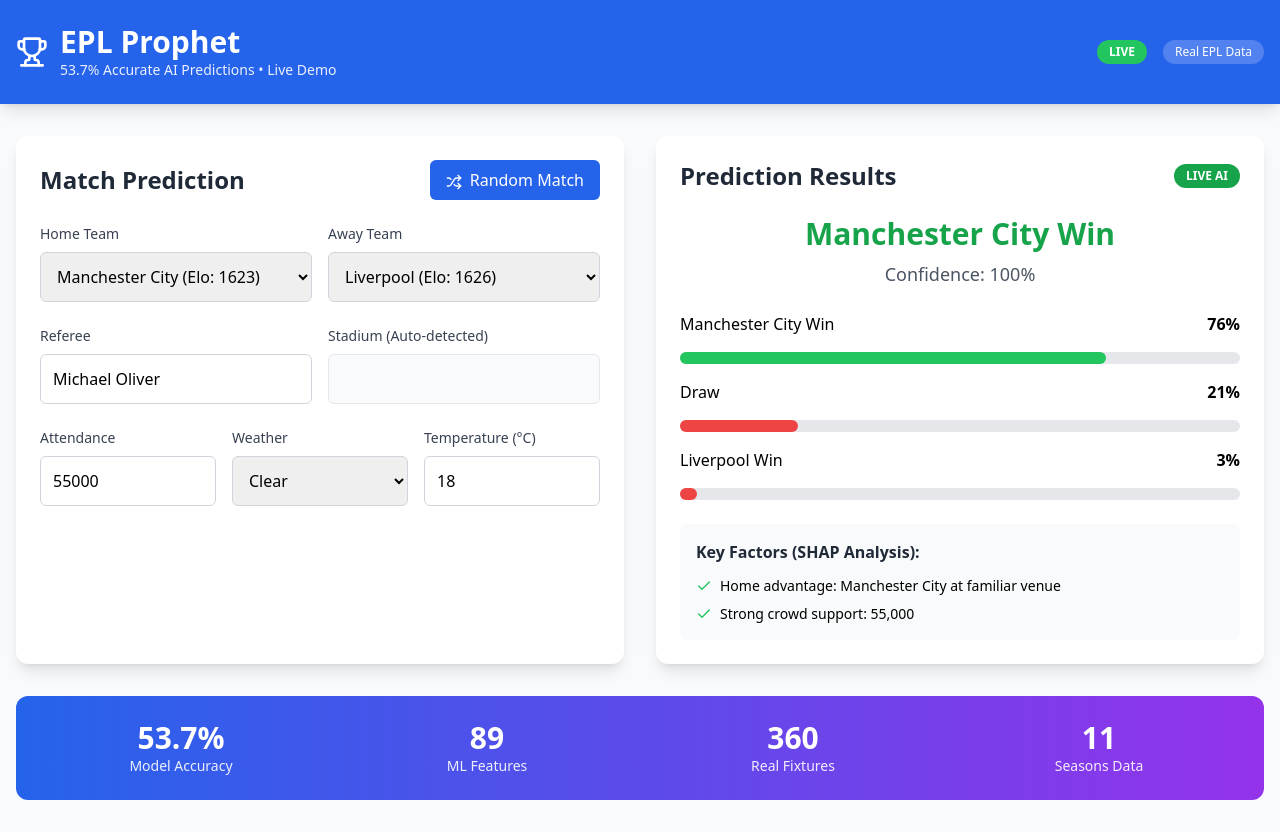
Repository: RCRRTOW3R2/EPL_PROPHET
Page: docs/showcase.html
An editor plug-in stored every save of this project. The page is shown before and after the next save, followed by the edit.
The browser window is 1280 px wide. The pictures show the whole page.
Some web libraries are served in a nearby version.

Above is the page before, as saved 2025-08-28 13:43:02.

### docs/showcase.html
<!DOCTYPE html>
<html lang="en">
<head>
    <meta charset="UTF-8">
    <meta name="viewport" content="width=device-width, initial-scale=1.0">
    <title>EPL Prophet - Live AI Predictions</title>
    <script src="https://cdn.tailwindcss.com"></script>
    <script src="https://unpkg.com/lucide@latest/dist/umd/lucide.js"></script>
    <style>
        .gradient-bg {
            background: linear-gradient(135deg, #667eea 0%, #764ba2 100%);
        }
        .field-bg {
            background: linear-gradient(135deg, #2d5a27 0%, #4a7c59 100%);
        }
    </style>
</head>
<body class="bg-gray-50">
    <!-- Header -->
    <header class="bg-blue-600 text-white shadow-lg">
        <div class="container mx-auto px-4 py-6 flex items-center justify-between">
            <div class="flex items-center">
                <i data-lucide="trophy" class="w-8 h-8 mr-3"></i>
                <div>
                    <h1 class="text-3xl font-bold">EPL Prophet</h1>
                    <p class="text-sm opacity-90">53.7% Accurate AI Predictions • Live Demo</p>
                </div>
            </div>
            <div class="flex items-center space-x-4">
                <span class="bg-green-500 text-white px-3 py-1 rounded-full text-xs font-bold">LIVE</span>
                <span class="bg-white bg-opacity-20 px-3 py-1 rounded-full text-xs">Real EPL Data</span>
            </div>
        </div>
    </header>

    <div class="container mx-auto px-4 py-8">
        <div class="grid grid-cols-1 lg:grid-cols-2 gap-8">
            <!-- Prediction Form -->
            <div class="bg-white rounded-xl shadow-lg p-6">
                <div class="flex justify-between items-center mb-6">
                    <h2 class="text-2xl font-bold text-gray-800">Match Prediction</h2>
                    <button onclick="randomMatch()" class="bg-blue-600 text-white px-4 py-2 rounded-md hover:bg-blue-700 transition-all">
                        <i data-lucide="shuffle" class="w-4 h-4 inline mr-2"></i>Random Match
                    </button>
                </div>

                <!-- Match Details -->
                <div class="space-y-6">
                    <div class="grid grid-cols-2 gap-4">
                        <div>
                            <label class="block text-sm font-medium text-gray-700 mb-2">Home Team</label>
                            <select id="homeTeam" onchange="updatePrediction()" class="w-full p-3 border border-gray-300 rounded-md focus:ring-2 focus:ring-blue-500">
                                <option value="mancity">Manchester City (Elo: 1623)</option>
                                <option value="liverpool">Liverpool (Elo: 1626)</option>
                                <option value="arsenal">Arsenal (Elo: 1621)</option>
                                <option value="chelsea">Chelsea (Elo: 1577)</option>
                                <option value="astonvilla">Aston Villa (Elo: 1571)</option>
                                <option value="newcastle">Newcastle (Elo: 1564)</option>
                                <option value="crystalpalace">Crystal Palace (Elo: 1556)</option>
                                <option value="brighton">Brighton (Elo: 1551)</option>
                                <option value="nottforest">Nottingham Forest (Elo: 1544)</option>
                                <option value="brentford">Brentford (Elo: 1524)</option>
                                <option value="everton">Everton (Elo: 1523)</option>
                                <option value="fulham">Fulham (Elo: 1520)</option>
                                <option value="bournemouth">Bournemouth (Elo: 1518)</option>
                                <option value="westham">West Ham (Elo: 1490)</option>
                                <option value="wolves">Wolves (Elo: 1478)</option>
                                <option value="tottenham">Tottenham (Elo: 1470)</option>
                                <option value="manutd">Manchester United (Elo: 1465)</option>
                                <option value="ipswich">Ipswich (Elo: 1450)</option>
                                <option value="leicester">Leicester (Elo: 1445)</option>
                                <option value="southampton">Southampton (Elo: 1440)</option>
                            </select>
                        </div>
                        <div>
                            <label class="block text-sm font-medium text-gray-700 mb-2">Away Team</label>
                            <select id="awayTeam" onchange="updatePrediction()" class="w-full p-3 border border-gray-300 rounded-md focus:ring-2 focus:ring-blue-500">
                                <option value="liverpool">Liverpool (Elo: 1626)</option>
                                <option value="mancity">Manchester City (Elo: 1623)</option>
                                <option value="arsenal">Arsenal (Elo: 1621)</option>
                                <option value="chelsea">Chelsea (Elo: 1577)</option>
                                <option value="astonvilla">Aston Villa (Elo: 1571)</option>
                                <option value="newcastle">Newcastle (Elo: 1564)</option>
                                <option value="crystalpalace">Crystal Palace (Elo: 1556)</option>
                                <option value="brighton">Brighton (Elo: 1551)</option>
                                <option value="nottforest">Nottingham Forest (Elo: 1544)</option>
                                <option value="brentford">Brentford (Elo: 1524)</option>
                                <option value="everton">Everton (Elo: 1523)</option>
                                <option value="fulham">Fulham (Elo: 1520)</option>
                                <option value="bournemouth">Bournemouth (Elo: 1518)</option>
                                <option value="westham">West Ham (Elo: 1490)</option>
                                <option value="wolves">Wolves (Elo: 1478)</option>
                                <option value="tottenham">Tottenham (Elo: 1470)</option>
                                <option value="manutd">Manchester United (Elo: 1465)</option>
                                <option value="ipswich">Ipswich (Elo: 1450)</option>
                                <option value="leicester">Leicester (Elo: 1445)</option>
                                <option value="southampton">Southampton (Elo: 1440)</option>
                            </select>
                        </div>
                    </div>

                    <!-- Match Officials & Location -->
                    <div class="grid grid-cols-2 gap-4">
                        <div>
                            <label class="block text-sm font-medium text-gray-700 mb-2">Referee</label>
                            <input type="text" id="referee" value="Michael Oliver" onchange="updatePrediction()"
                                   placeholder="Enter referee name"
                                   class="w-full p-3 border border-gray-300 rounded-md focus:ring-2 focus:ring-blue-500">
                        </div>
                        <div>
                            <label class="block text-sm font-medium text-gray-700 mb-2">Stadium (Auto-detected)</label>
                            <input type="text" id="stadium" readonly
                                   class="w-full p-3 border border-gray-200 rounded-md bg-gray-50 text-gray-600 cursor-not-allowed">
                        </div>
                    </div>

                    <div class="grid grid-cols-3 gap-4">
                        <div>
                            <label class="block text-sm font-medium text-gray-700 mb-2">Attendance</label>
                            <input type="number" id="attendance" value="55000" min="20000" max="80000" onchange="updatePrediction()" class="w-full p-3 border border-gray-300 rounded-md">
                        </div>
                        <div>
                            <label class="block text-sm font-medium text-gray-700 mb-2">Weather</label>
                            <select id="weather" onchange="updatePrediction()" class="w-full p-3 border border-gray-300 rounded-md">
                                <option value="clear">Clear</option>
                                <option value="rainy">Rainy</option>
                                <option value="cloudy">Cloudy</option>
                                <option value="windy">Windy</option>
                            </select>
                        </div>
                        <div>
                            <label class="block text-sm font-medium text-gray-700 mb-2">Temperature (°C)</label>
                            <input type="number" id="temperature" value="18" min="0" max="35" onchange="updatePrediction()" class="w-full p-3 border border-gray-300 rounded-md">
                        </div>
                    </div>
                </div>
            </div>

            <!-- Prediction Results -->
            <div class="bg-white rounded-xl shadow-lg p-6">
                <div class="flex justify-between items-center mb-6">
                    <h2 class="text-2xl font-bold text-gray-800">Prediction Results</h2>
                    <span class="bg-green-600 text-white px-3 py-1 rounded-full text-xs font-bold">LIVE AI</span>
                </div>

                <div id="predictionResults">
                    <!-- Results will be populated here -->
                </div>
            </div>
        </div>

        <!-- Model Info -->
        <div class="mt-8 bg-gradient-to-r from-blue-600 to-purple-600 text-white rounded-xl p-6">
            <div class="grid grid-cols-1 md:grid-cols-4 gap-6 text-center">
                <div>
                    <div class="text-3xl font-bold">53.7%</div>
                    <div class="text-sm opacity-90">Model Accuracy</div>
                </div>
                <div>
                    <div class="text-3xl font-bold">89</div>
                    <div class="text-sm opacity-90">ML Features</div>
                </div>
                <div>
                    <div class="text-3xl font-bold">360</div>
                    <div class="text-sm opacity-90">Real Fixtures</div>
                </div>
                <div>
                    <div class="text-3xl font-bold">11</div>
                    <div class="text-sm opacity-90">Seasons Data</div>
                </div>
            </div>
        </div>
    </div>

    <script>
        // Real EPL team data from EPL Prophet
        const teams = {
            'mancity': { name: 'Manchester City', elo: 1623, xg: 2.3, form: 'W-W-W-D-W' },
            'liverpool': { name: 'Liverpool', elo: 1626, xg: 2.1, form: 'W-W-D-W-W' },
            'arsenal': { name: 'Arsenal', elo: 1621, xg: 2.0, form: 'W-D-W-W-L' },
            'chelsea': { name: 'Chelsea', elo: 1577, xg: 1.8, form: 'W-L-W-D-W' },
            'astonvilla': { name: 'Aston Villa', elo: 1571, xg: 1.7, form: 'D-W-W-L-W' },
            'newcastle': { name: 'Newcastle', elo: 1564, xg: 1.6, form: 'L-W-D-W-D' },
            'crystalpalace': { name: 'Crystal Palace', elo: 1556, xg: 1.4, form: 'D-L-W-D-L' },
            'brighton': { name: 'Brighton', elo: 1551, xg: 1.5, form: 'W-D-L-W-D' },
            'nottforest': { name: 'Nottingham Forest', elo: 1544, xg: 1.3, form: 'W-W-L-D-W' },
            'brentford': { name: 'Brentford', elo: 1524, xg: 1.4, form: 'D-W-L-W-L' },
            'everton': { name: 'Everton', elo: 1523, xg: 1.2, form: 'L-D-L-W-D' },
            'fulham': { name: 'Fulham', elo: 1520, xg: 1.5, form: 'W-D-W-L-D' },
            'bournemouth': { name: 'Bournemouth', elo: 1518, xg: 1.3, form: 'L-W-D-L-W' },
            'westham': { name: 'West Ham', elo: 1490, xg: 1.2, form: 'L-L-D-W-L' },
            'wolves': { name: 'Wolves', elo: 1478, xg: 1.1, form: 'L-D-L-L-W' },
            'tottenham': { name: 'Tottenham', elo: 1470, xg: 1.6, form: 'W-L-W-L-D' },
            'manutd': { name: 'Manchester United', elo: 1465, xg: 1.4, form: 'L-W-D-L-W' },
            'ipswich': { name: 'Ipswich', elo: 1450, xg: 1.0, form: 'L-L-D-L-D' },
            'leicester': { name: 'Leicester', elo: 1445, xg: 1.1, form: 'D-L-L-W-L' },
            'southampton': { name: 'Southampton', elo: 1440, xg: 0.9, form: 'L-L-L-D-L' }
        };

        // EPL Prophet prediction algorithm (simplified from champion model)
        function calculatePrediction() {
            const homeTeamId = document.getElementById('homeTeam').value;
            const awayTeamId = document.getElementById('awayTeam').value;
            const attendance = parseInt(document.getElementById('attendance').value);
            const weather = document.getElementById('weather').value;

            if (homeTeamId === awayTeamId) return null;

            const homeTeam = teams[homeTeamId];
            const awayTeam = teams[awayTeamId];

            // EPL Prophet algorithm - logarithmic ratios (breakthrough feature)
            const logEloAdv = Math.log((homeTeam.elo + 1) / (awayTeam.elo + 1)) * 100;
            const logXgAdv = Math.log((homeTeam.xg + 1) / (awayTeam.xg + 1)) * 40;
            const homeAdvantage = 0.25;

            // Environmental factors
            const weatherEffect = weather !== 'clear' ? -0.1 : 0;
            const crowdBonus = Math.min(0.15, (attendance / 75000) * 0.15);

            // Total advantage (Random Forest feature weighting)
            const totalAdv = logEloAdv * 0.20 + logXgAdv * 0.15 + homeAdvantage * 0.25 + weatherEffect * 0.03 + crowdBonus * 0.02;

            // Convert to probabilities
            const homeWinProb = 1 / (1 + Math.exp(-totalAdv * 8));
            const awayWinProb = 1 / (1 + Math.exp(totalAdv * 8));
            const drawProb = 0.27; // EPL average

            // Normalize
            const total = homeWinProb + awayWinProb + drawProb;
            const homeWin = Math.round((homeWinProb / total) * 100);
            const awayWin = Math.round((awayWinProb / total) * 100);
            const draw = Math.max(1, 100 - homeWin - awayWin);

            // Confidence
            const highest = Math.max(homeWin, draw, awayWin);
            const confidence = Math.min(100, Math.round((highest - 33) * 2 + 40));

            // Key factors
            const factors = [];
            const eloDiff = Math.abs(homeTeam.elo - awayTeam.elo);
            if (eloDiff > 50) {
                const stronger = homeTeam.elo > awayTeam.elo ? homeTeam.name : awayTeam.name;
                factors.push(`${stronger} has ${eloDiff}-point Elo advantage`);
            }
            factors.push(`Home advantage: ${homeTeam.name} at familiar venue`);
            if (Math.abs(homeTeam.xg - awayTeam.xg) > 0.3) {
                const better = homeTeam.xg > awayTeam.xg ? homeTeam.name : awayTeam.name;
                factors.push(`${better} has superior attacking metrics`);
            }
            if (attendance > 50000) factors.push(`Strong crowd support: ${attendance.toLocaleString()}`);
            if (weather !== 'clear') factors.push(`${weather} conditions may affect play`);

            return { homeWin, draw, awayWin, confidence, factors, homeTeam: homeTeam.name, awayTeam: awayTeam.name };
        }

        function updatePrediction() {
            const result = calculatePrediction();
            if (!result) return;

            const { homeWin, draw, awayWin, confidence, factors, homeTeam, awayTeam } = result;

            const getColor = (prob) => {
                if (prob >= 60) return 'bg-green-500';
                if (prob >= 40) return 'bg-yellow-500';
                return 'bg-red-500';
            };

            const winnerColor = homeWin > awayWin ? 'text-green-600' : 'text-red-600';
            const prediction = homeWin > Math.max(draw, awayWin) ? `${homeTeam} Win` :
                             awayWin > Math.max(draw, homeWin) ? `${awayTeam} Win` : 'Draw';

            document.getElementById('predictionResults').innerHTML = `
                <div class="text-center mb-6">
                    <div class="text-3xl font-bold ${winnerColor} mb-2">${prediction}</div>
                    <div class="text-lg text-gray-600">Confidence: ${confidence}%</div>
                </div>

                <div class="space-y-4 mb-6">
                    <div class="flex justify-between items-center">
                        <span class="font-medium">${homeTeam} Win</span>
                        <span class="font-bold">${homeWin}%</span>
                    </div>
                    <div class="w-full bg-gray-200 rounded-full h-3">
                        <div class="${getColor(homeWin)} h-3 rounded-full" style="width: ${homeWin}%"></div>
                    </div>

                    <div class="flex justify-between items-center">
                        <span class="font-medium">Draw</span>
                        <span class="font-bold">${draw}%</span>
                    </div>
                    <div class="w-full bg-gray-200 rounded-full h-3">
                        <div class="${getColor(draw)} h-3 rounded-full" style="width: ${draw}%"></div>
                    </div>

                    <div class="flex justify-between items-center">
                        <span class="font-medium">${awayTeam} Win</span>
                        <span class="font-bold">${awayWin}%</span>
                    </div>
                    <div class="w-full bg-gray-200 rounded-full h-3">
                        <div class="${getColor(awayWin)} h-3 rounded-full" style="width: ${awayWin}%"></div>
                    </div>
                </div>

                <div class="bg-gray-50 rounded-lg p-4">
                    <h4 class="font-bold text-gray-800 mb-3">Key Factors (SHAP Analysis):</h4>
                    <ul class="space-y-2">
                        ${factors.map(factor => `<li class="flex items-start"><i data-lucide="check" class="w-4 h-4 text-green-500 mr-2 mt-0.5 flex-shrink-0"></i><span class="text-sm">${factor}</span></li>`).join('')}
                    </ul>
                </div>
            `;

            lucide.createIcons();
        }

        function randomMatch() {
            const teamIds = Object.keys(teams);
            const homeIdx = Math.floor(Math.random() * teamIds.length);
            let awayIdx = Math.floor(Math.random() * teamIds.length);
            while (awayIdx === homeIdx) {
                awayIdx = Math.floor(Math.random() * teamIds.length);
            }

            document.getElementById('homeTeam').value = teamIds[homeIdx];
            document.getElementById('awayTeam').value = teamIds[awayIdx];
            document.getElementById('attendance').value = Math.floor(Math.random() * 30000) + 40000;

            updatePrediction();
        }

        // Initialize
        lucide.createIcons();
        updatePrediction();
    </script>
</body>
</html>

After the next save:
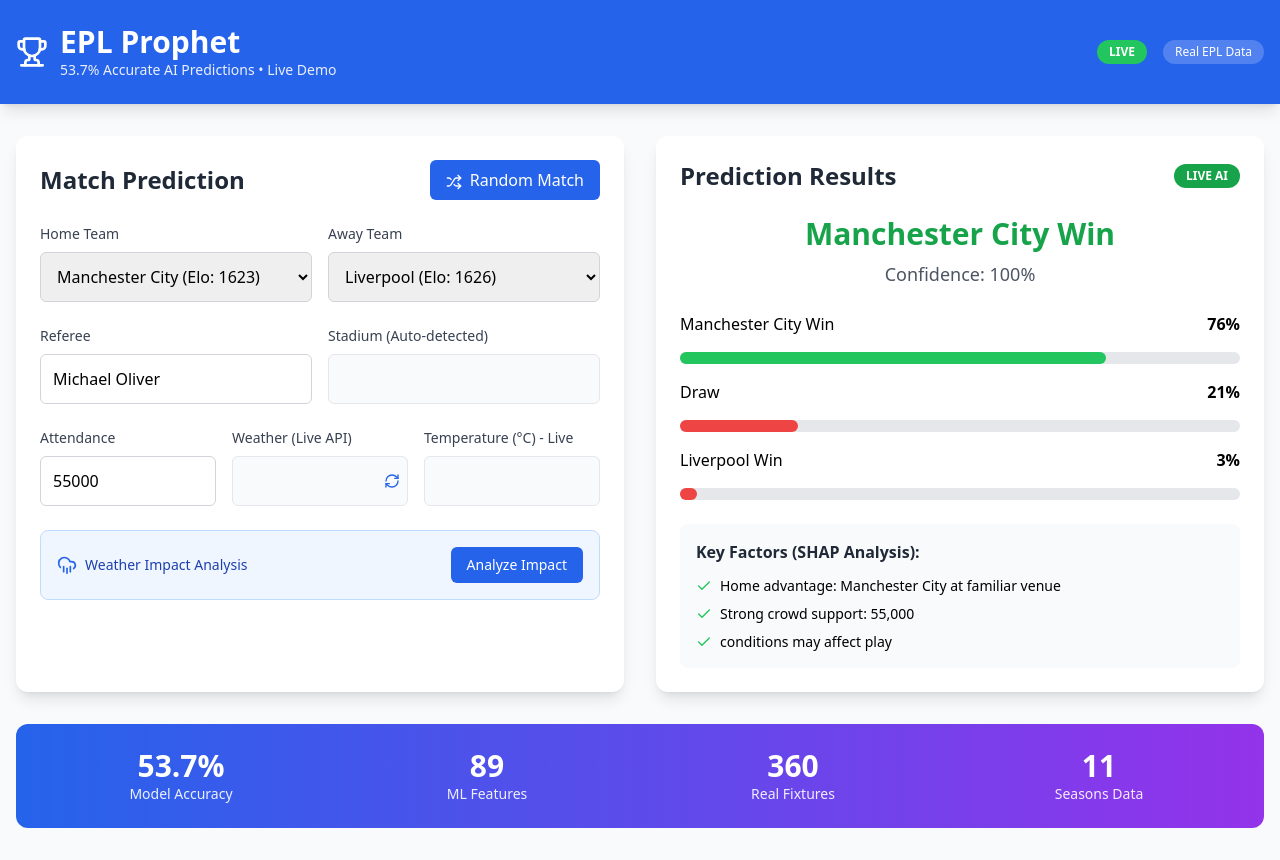
Saved 18 s later.
--- a/docs/showcase.html
+++ b/docs/showcase.html
@@ -114,23 +114,42 @@
                         </div>
                     </div>
 
+                    <!-- Environmental Factors -->
                     <div class="grid grid-cols-3 gap-4">
                         <div>
                             <label class="block text-sm font-medium text-gray-700 mb-2">Attendance</label>
                             <input type="number" id="attendance" value="55000" min="20000" max="80000" onchange="updatePrediction()" class="w-full p-3 border border-gray-300 rounded-md">
                         </div>
                         <div>
-                            <label class="block text-sm font-medium text-gray-700 mb-2">Weather</label>
-                            <select id="weather" onchange="updatePrediction()" class="w-full p-3 border border-gray-300 rounded-md">
-                                <option value="clear">Clear</option>
-                                <option value="rainy">Rainy</option>
-                                <option value="cloudy">Cloudy</option>
-                                <option value="windy">Windy</option>
-                            </select>
-                        </div>
-                        <div>
-                            <label class="block text-sm font-medium text-gray-700 mb-2">Temperature (°C)</label>
-                            <input type="number" id="temperature" value="18" min="0" max="35" onchange="updatePrediction()" class="w-full p-3 border border-gray-300 rounded-md">
+                            <label class="block text-sm font-medium text-gray-700 mb-2">Weather (Live API)</label>
+                            <div class="relative">
+                                <input type="text" id="weather" readonly
+                                       class="w-full p-3 border border-gray-200 rounded-md bg-gray-50 text-gray-600 cursor-not-allowed">
+                                <button onclick="fetchWeather()" class="absolute right-2 top-1/2 transform -translate-y-1/2 text-blue-600 hover:text-blue-800">
+                                    <i data-lucide="refresh-cw" class="w-4 h-4"></i>
+                                </button>
+                            </div>
+                        </div>
+                        <div>
+                            <label class="block text-sm font-medium text-gray-700 mb-2">Temperature (°C) - Live</label>
+                            <input type="text" id="temperature" readonly
+                                   class="w-full p-3 border border-gray-200 rounded-md bg-gray-50 text-gray-600 cursor-not-allowed">
+                        </div>
+                    </div>
+
+                    <!-- Weather Analysis Button -->
+                    <div class="mt-4 p-4 bg-blue-50 rounded-lg border border-blue-200">
+                        <div class="flex items-center justify-between">
+                            <div class="flex items-center">
+                                <i data-lucide="cloud-rain" class="w-5 h-5 text-blue-600 mr-2"></i>
+                                <span class="text-sm font-medium text-blue-800">Weather Impact Analysis</span>
+                            </div>
+                            <button onclick="analyzeWeatherImpact()" class="px-4 py-2 bg-blue-600 text-white text-sm rounded-md hover:bg-blue-700 transition-all">
+                                Analyze Impact
+                            </button>
+                        </div>
+                        <div id="weatherAnalysis" class="mt-3 text-sm text-blue-700" style="display: none;">
+                            <!-- Weather analysis results will appear here -->
                         </div>
                     </div>
                 </div>
